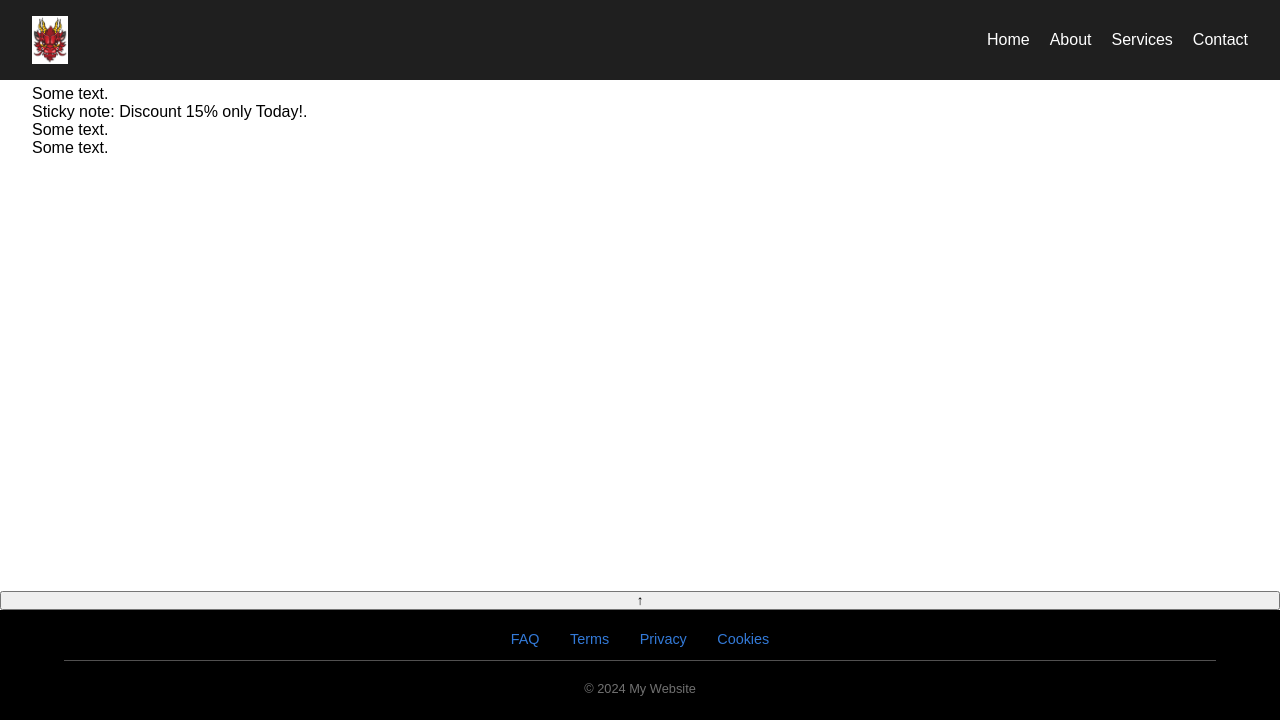
Repository: andreamm-lab/css-positioning-examples-2025-10
Page: index.html
An editor plug-in stored every save of this project. The page is shown before and after the next save, followed by the edit.
The browser window is 1280 px wide. The pictures show the whole page.

Above is the page before, as saved 2025-11-10 19:40:09.

After the next save:
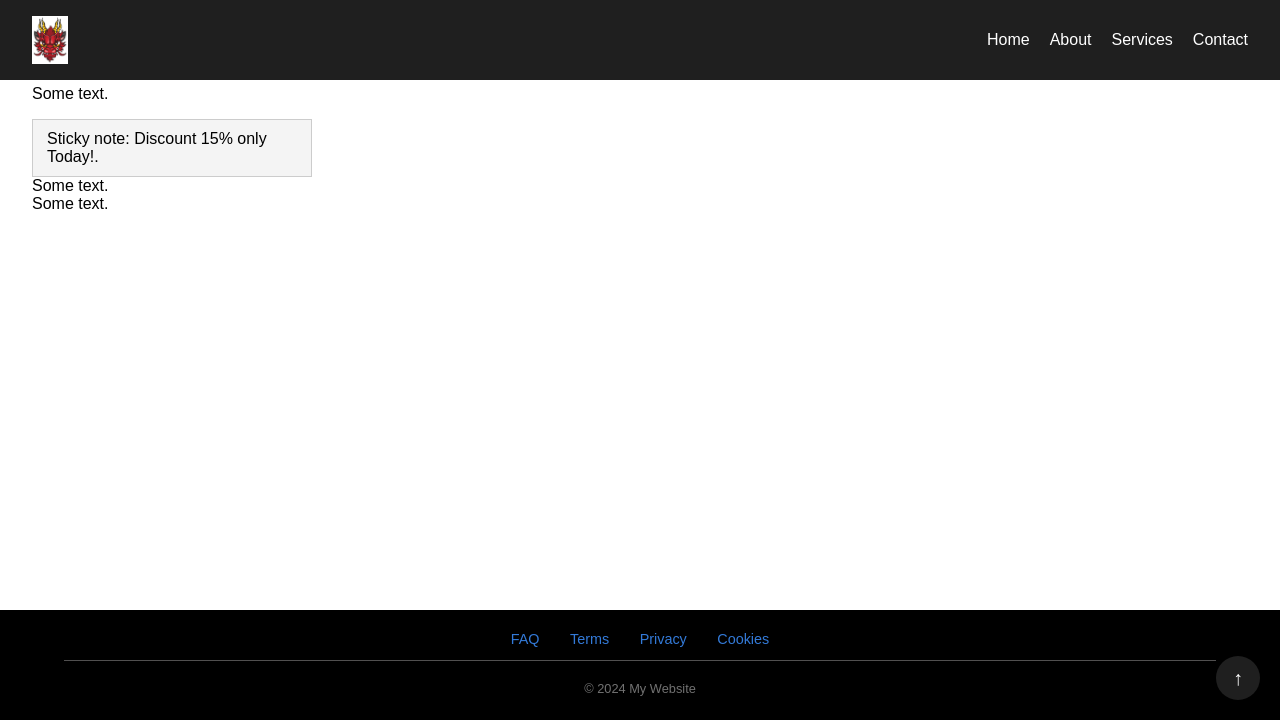
Saved 2 min 3 s later.
--- a/main.css
+++ b/main.css
@@ -130,7 +130,6 @@ header nav ul li a:hover {
     margin: 0;
     padding: 4px 0;
 }
-
 
 #services-menu a {
     display: inline-block;
@@ -239,6 +238,33 @@ main.page {
     margin-bottom: 8px;
 }
 
+/* elemento sticky dentro del contenido de Home */
+.home-sticky-box {
+    position: sticky;
+    top: 120px; /* aparece debajo del header fijo */
+    background-color: #f4f4f4;
+    border: 1px solid #ccc;
+    padding: 10px 14px;
+    margin-top: 16px;
+    max-width: 280px;
+}
+
+/* botón back-to-top */
+#back-to-top {
+    position: fixed;  /* scrolls with the page */
+    bottom: 20px;
+    right: 20px;
+    background-color: #1F1F1F;
+    color: #fff;
+    border: none;
+    border-radius: 50%;
+    width: 44px;
+    height: 44px;
+    font-size: 20px;
+    cursor: pointer;
+    box-shadow: 0 2px 6px rgba(0,0,0,0.3);
+    z-index: 3000;
+}
 
 /* 3.---------------------- Footer ---------------------- */
 #main-footer {
@@ -284,7 +310,6 @@ main.page {
   margin: 8px auto 12px;
 }
 
-
 /* Last Line Text: My Website */
 #main-footer p {
     font-size: 0.8rem;
